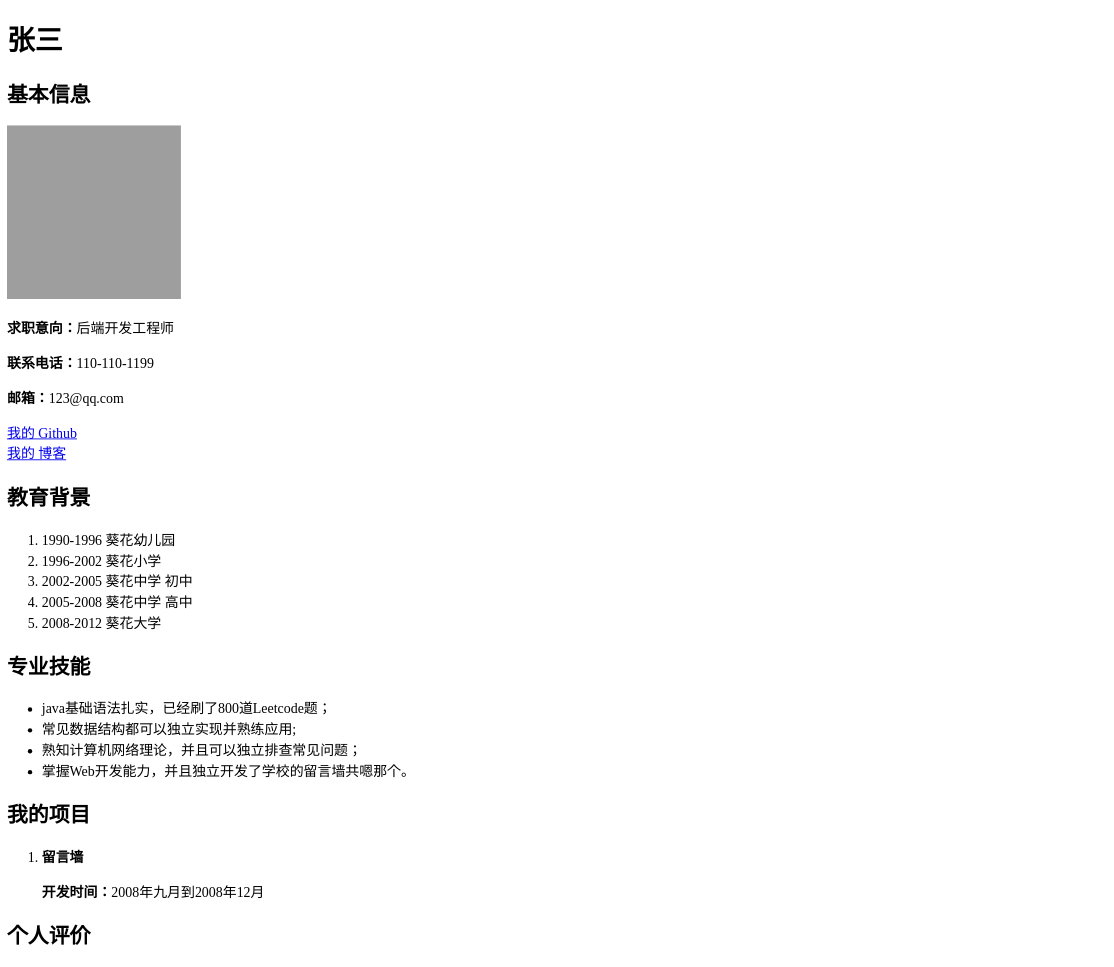
Repository: ls02/VSCode
Page: Java/2022/6-21-1/Test1.html
The author's editor kept a copy of each file at every save. The page is drawn from the files as they stood at one save, then again after the next save.
The browser window is 1280 px wide. The pictures show the whole page, at 87% of full size.
Pictures or frames that could not be fetched are drawn as grey boxes.

Above is the page before, as saved 2022-06-21 13:09:24.

### Java/2022/6-21-1/Test1.html
<!--
 * @Author: ls02 <2877455773@qq.com>
 * @Date: 2022-06-21 11:01:41
 * @LastEditors: ls02 <2877455773@qq.com>
 * @LastEditTime: 2022-06-21 13:09:24
 * @FilePath: \Java\2022\6-21-1\Test1.html
 * @Description:
 *
 * Copyright (c) 2022 by ${ls02 <2877455773@qq.com>}, All Rights Reserved.
-->
<!DOCTYPE html>
<html lang="en">
<head>
    <meta charset="UTF-8">
    <meta http-equiv="X-UA-Compatible" content="IE=edge">
    <meta name="viewport" content="width=device-width, initial-scale=1.0">
    <title>我的简历</title>
</head>
<body>
    <h1>张三</h1>
    <h2>基本信息</h2>
    <img src="../6-18-1/image/1.jpg"
    alt="图片加载失败"
    title="个人图片"
    width="200" height="200">
    <br>
    <p><b>求职意向：</b>后端开发工程师</p>
    <p><b>联系电话：</b>110-110-1199</p>
    <p><b>邮箱：</b>123@qq.com</p>
    <a href="https://www.github.com"
    target="_blank">我的 Github</a>
    <br>
    <a href="https://www.csdn.net"
    target="_blank">我的 博客</a>
    <h2>教育背景</h2>
    <ol>
        <li>1990-1996 葵花幼儿园</li>
        <li>1996-2002 葵花小学</li>
        <li>2002-2005 葵花中学 初中</li>
        <li>2005-2008 葵花中学 高中</li>
        <li>2008-2012 葵花大学</li>
    </ol>
    <h2>专业技能</h2>
    <ul>
        <li>java基础语法扎实，已经刷了800道Leetcode题；</li>
        <li>常见数据结构都可以独立实现并熟练应用;</li>
        <li>熟知计算机网络理论，并且可以独立排查常见问题；</li>
        <li>掌握Web开发能力，并且独立开发了学校的留言墙共嗯那个。</li>
    </ul>
    <h2>我的项目</h2>
    <ol>
        <li><b>留言墙</b></li>
        <p><b>开发时间：</b>2008年九月到2008年12月</p>
    </ol>
    <h2>个人评价</h2>
</body>
</html>

After the next save:
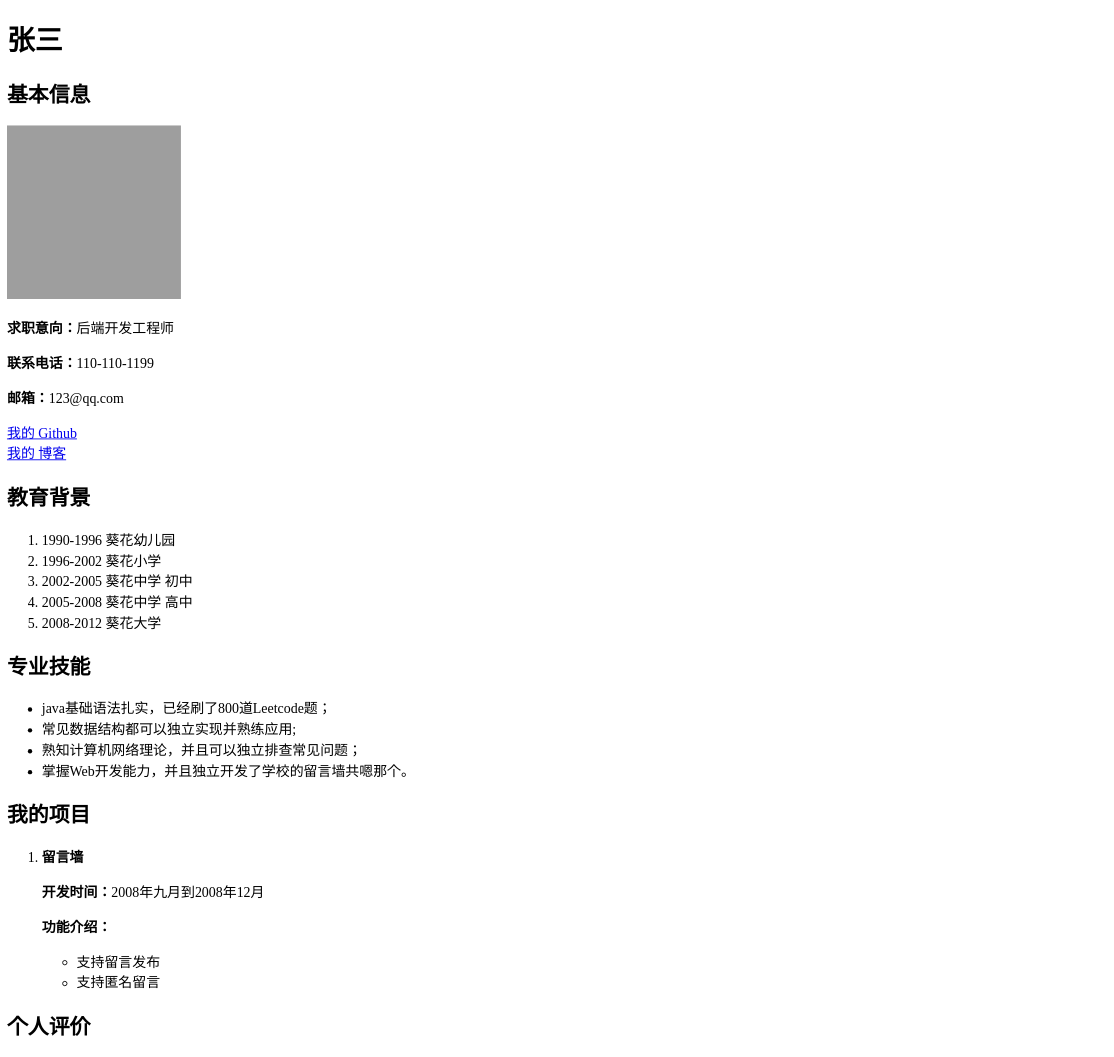
Saved 98 min 40 s later.
--- a/Java/2022/6-21-1/Test1.html
+++ b/Java/2022/6-21-1/Test1.html
@@ -2,7 +2,7 @@
  * @Author: ls02 <2877455773@qq.com>
  * @Date: 2022-06-21 11:01:41
  * @LastEditors: ls02 <2877455773@qq.com>
- * @LastEditTime: 2022-06-21 13:09:24
+ * @LastEditTime: 2022-06-21 14:48:04
  * @FilePath: \Java\2022\6-21-1\Test1.html
  * @Description:
  *
@@ -51,6 +51,11 @@
     <ol>
         <li><b>留言墙</b></li>
         <p><b>开发时间：</b>2008年九月到2008年12月</p>
+        <p><b>功能介绍：</b></p>
+        <ul>
+            <li>支持留言发布</li>
+            <li>支持匿名留言</li>
+        </ul>
     </ol>
     <h2>个人评价</h2>
 </body>
